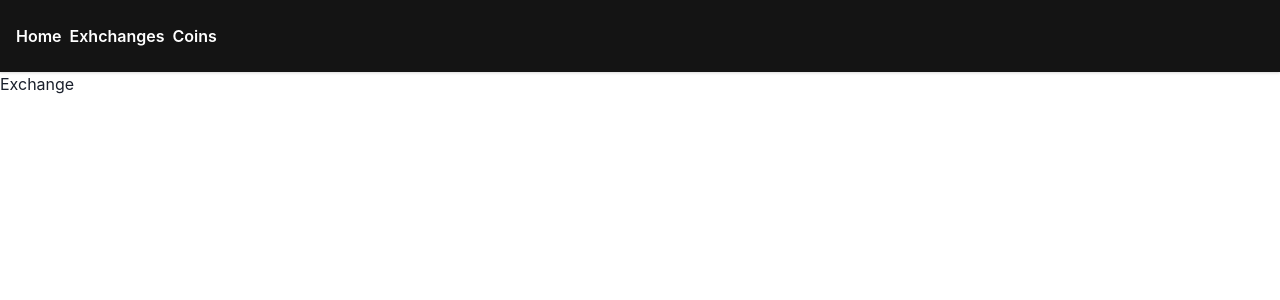
Repository: aman0801/React_JS_Project_3
Page: /exchanges
These files come from the project's save history. The page is drawn as it stood at one moment and after a run of saves; the edit follows.
The browser window is 1280 px wide. The pictures show the whole page.
The page's requests for data from a server got no answer. The project was rebuilt for these pictures with package versions that can differ from the ones it lists, and the page was loaded fresh each time. No one was signed in, and anything a server would have sent is missing. Also part of the build but not shown: src/components/CoinDetails.jsx, src/components/Coins.jsx, src/components/Home.jsx.

Above is the page before, as saved 2023-02-08 00:24:44.

### src/index.js
import React from 'react';
import ReactDOM from 'react-dom/client';
import App from './App';
import { ChakraProvider, theme } from "@chakra-ui/react"

const root = ReactDOM.createRoot(document.getElementById('root'));
root.render(
  <ChakraProvider theme={theme}>
  <App />
  </ChakraProvider>
);
export const server = 'https://api.coingecko.com/api/v3'

### src/App.js
import { BrowserRouter as Router, Routes, Route } from "react-router-dom"
import CoinDetails from "./components/CoinDetails";
import Coins from "./components/Coins";
import Exchange from "./components/Exchange";
import Header from "./components/Header"
import Home from "./components/Home";
function App() {
  return (
    <Router>
      <Header />
      <Routes>
        <Route path="/" element={<Home />} />
        <Route path="/coins" element={<Coins />} />
        <Route path="/exchanges" element={<Exchange />} />
        <Route path="/coin/:id" element={<CoinDetails />} />
      </Routes>
    </Router>
  );
}

export default App;

### src/components/Exchange.jsx
import React, { useEffect, useState } from 'react'
import axios from "axios"
import { server } from "../index"

const Exchange = () => {

  const[exchanges, setExchanges] = useState([])

  useEffect(() => {
    const fetchExchanges = async() => {
      const { data } = await axios.get(`${server}/exchanges`);
      // console.log(data);
      setExchanges(data);
    }
    fetchExchanges();
  }, [])

  return <div>Exchange</div>;
};

export default Exchange

### src/components/Header.jsx
import { Button, HStack } from '@chakra-ui/react'
import React from 'react'
import { Link } from 'react-router-dom'

const Header = () => {
  return (
    <HStack p={"4"} shadow={"base"} bgColor={"blackAlpha.900"}>
      <Button variant={'unstyled'} color={"white"}>
        <Link to="/">Home</Link>
      </Button>
      <Button variant={'unstyled'} color={"white"}>
        <Link to="/exchanges">Exhchanges</Link>
      </Button>
      <Button variant={'unstyled'} color={"white"}>
        <Link to="/coins">Coins</Link>
      </Button>
    </HStack>

  )
}

export default Header

Loaded but not shown: public/index.html (common file)

After the next 5 saves:
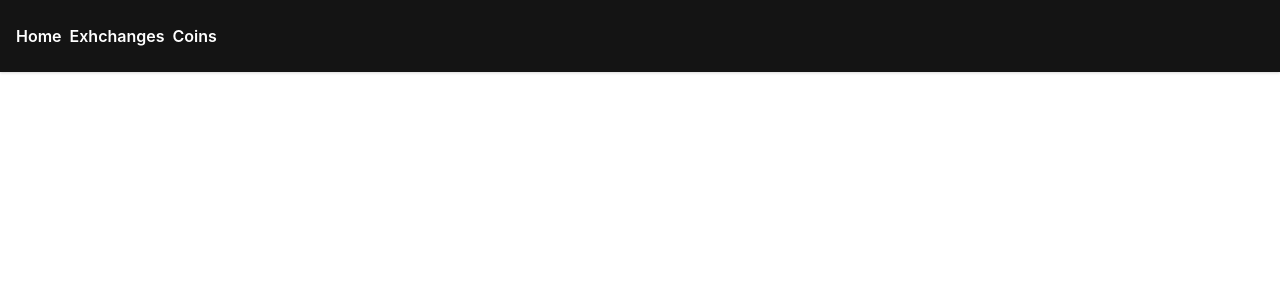
The 5 saves are shown as one change because they came seconds apart.
The last was saved 26 s later.
--- a/src/components/Exchange.jsx
+++ b/src/components/Exchange.jsx
@@ -1,6 +1,7 @@
 import React, { useEffect, useState } from 'react'
 import axios from "axios"
 import { server } from "../index"
+import { Container } from '@chakra-ui/react';
 
 const Exchange = () => {
 
@@ -15,7 +16,7 @@ const Exchange = () => {
     fetchExchanges();
   }, [])
 
-  return <div>Exchange</div>;
+  return <Container></Container>
 };
 
 export default Exchange
